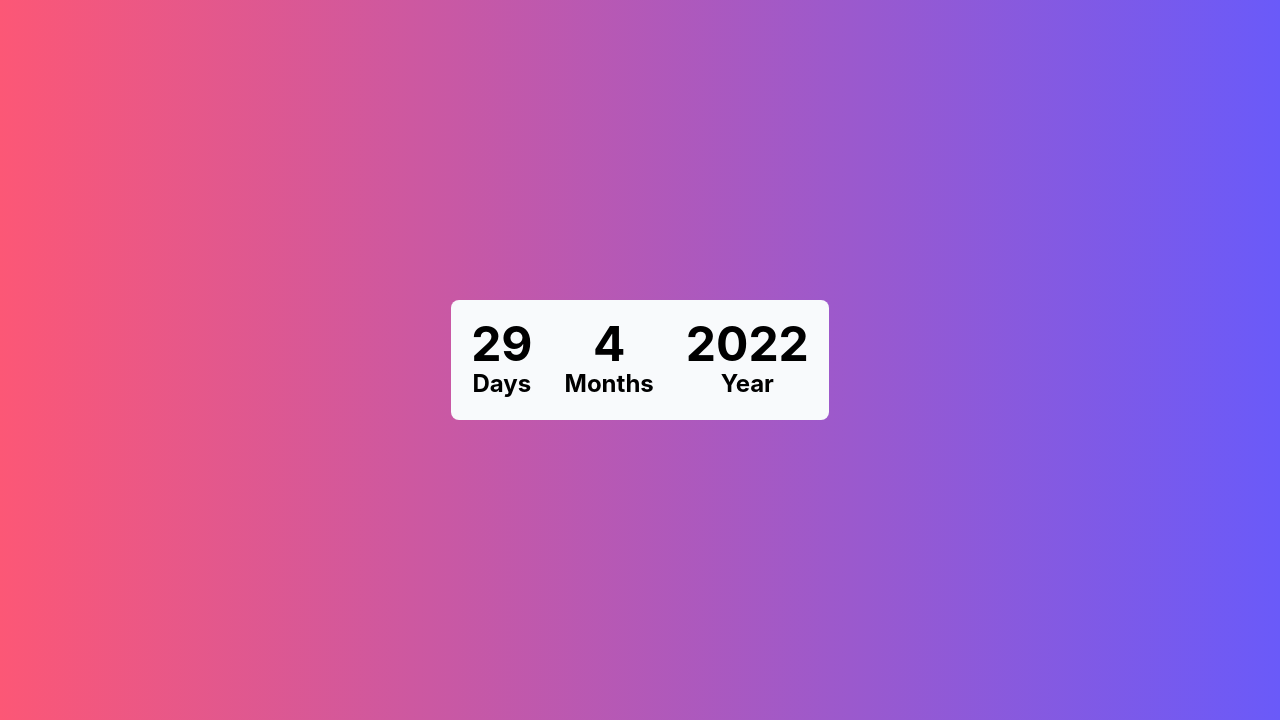
Repository: huynhsang96/bt_codegymHook
Page: /
The author's editor kept a copy of each file at every save. The page is drawn from the files as they stood at one save, then again after the next save.
The browser window is 1280 px wide. The pictures show the whole page.
The project was rebuilt for these pictures with package versions that can differ from the ones it lists, and the page was loaded fresh each time.

Above is the page before, as saved 2022-04-29 16:35:18.

### src/index.js
import React from "react";
import ReactDOM from "react-dom/client";
import "./index.css";
import App from "./App";
import reportWebVitals from "./reportWebVitals";

const root = ReactDOM.createRoot(document.getElementById("root"));
root.render(
	<React.StrictMode>
		<App />
	</React.StrictMode>
);

reportWebVitals();

### src/index.css
body {
	margin: 0;
	font-family: -apple-system, BlinkMacSystemFont, "Segoe UI", "Roboto", "Oxygen",
		"Ubuntu", "Cantarell", "Fira Sans", "Droid Sans", "Helvetica Neue",
		sans-serif;
	-webkit-font-smoothing: antialiased;
	-moz-osx-font-smoothing: grayscale;
}

code {
	font-family: source-code-pro, Menlo, Monaco, Consolas, "Courier New",
		monospace;
}
@tailwind base;
@tailwind components;
@tailwind utilities;

### src/App.js
import "./App.css";
import Clock from "./component/ClockHook/Clock";

function App() {
	return (
		<div>
			<Clock></Clock>
		</div>
	);
}

export default App;

### src/App.css
*,
*::before,
*::after {
	box-sizing: border-box;
}
* {
	margin: 0;
}

html,
body {
	height: 100%;
}
body {
	line-height: 1.5;
	-webkit-font-smoothing: antialiased;
	-webkit-tap-highlight-color: rgba(0, 0, 0, 0);

	background-image: linear-gradient(to right, #fc5776, #6a5af9);
	display: flex;
	justify-content: center;
	align-items: center;
	height: 100vh;
}

img,
picture,
video,
canvas,
svg {
	display: block;
	max-width: 100%;
}
input,
button,
textarea,
select {
	font: inherit;
	outline: none;
	border: none;
}
p,
h1,
h2,
h3,
h4,
h5,
h6 {
	overflow-wrap: break-word;
}

### src/component/ClockHook/Clock.js
import React, { useEffect, useState } from "react";

const Clock = () => {
	const [now, setNow] = useState(new Date());
	useEffect(() => {
		const timer = setInterval(() => {
			setNow(new Date());
		}, 1000);
		return () => clearInterval(timer);
	}, [now]);
	const years = now.getFullYear();
	const months = now.getMonth() + 1;
	const days = now.getDate();
	const hours = now.getHours();
	const minutes = now.getMinutes();
	const seconds = now.getSeconds();

	// console.log(seconds < 10 ? "0" + seconds : seconds);

	return (
		<div className="p-5 w-full h-full mx-auto">
			<ul className="flex flex-row gap-8 bg-slate-50 p-5 rounded-lg">
				<li className="flex flex-col justify-center text-center">
					<span className="font-bold text-5xl">{days}</span>
					<span className="font-bold text-2xl">Days</span>
				</li>
				<li className="flex flex-col justify-center text-center">
					<span className="font-bold text-5xl">{months}</span>
					<span className="font-bold text-2xl">Months</span>
				</li>
				<li className="flex flex-col justify-center text-center">
					<span className="font-bold text-5xl">{years}</span>
					<span className="font-bold text-2xl">Year</span>
				</li>
			</ul>
		</div>
	);
};

export default Clock;

Loaded but not shown: public/index.html (common file); src/reportWebVitals.js (common file); tailwind.config.js (common file)

After the next save:
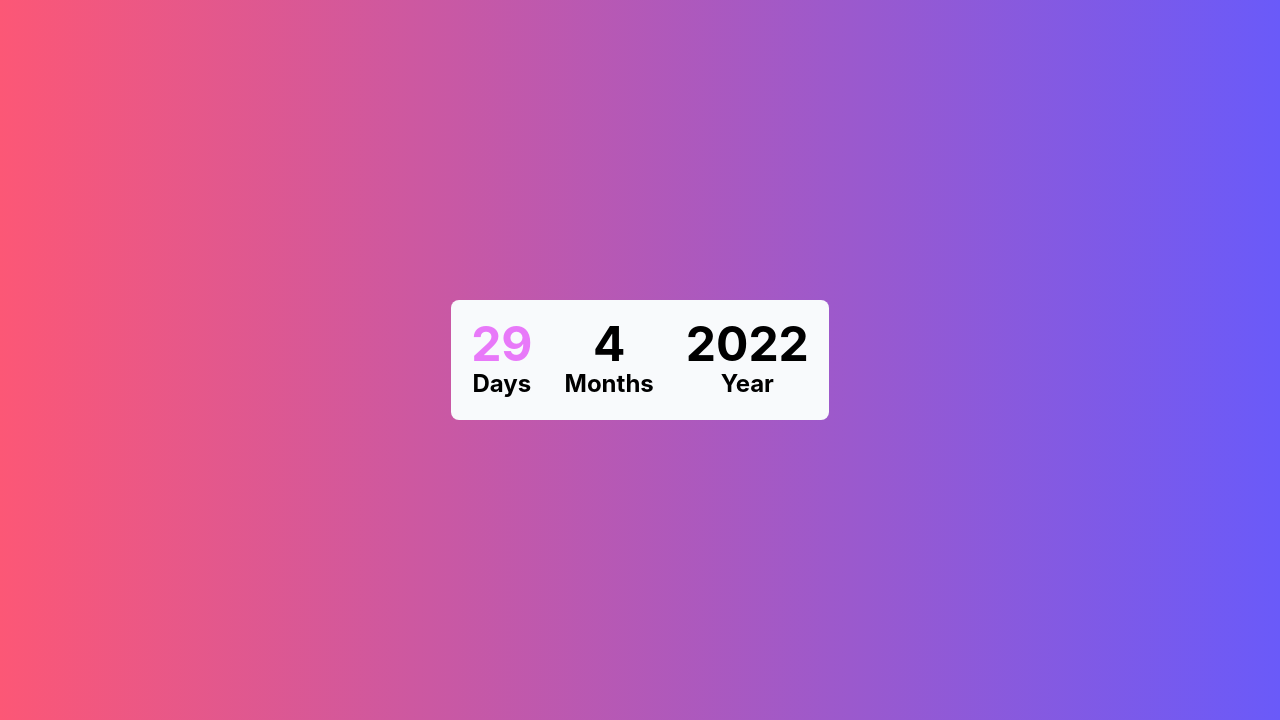
Saved 70 s later.
--- a/src/component/ClockHook/Clock.js
+++ b/src/component/ClockHook/Clock.js
@@ -21,7 +21,7 @@ const Clock = () => {
 		<div className="p-5 w-full h-full mx-auto">
 			<ul className="flex flex-row gap-8 bg-slate-50 p-5 rounded-lg">
 				<li className="flex flex-col justify-center text-center">
-					<span className="font-bold text-5xl">{days}</span>
+					<span className="font-bold text-5xl text-fuchsia-400">{days}</span>
 					<span className="font-bold text-2xl">Days</span>
 				</li>
 				<li className="flex flex-col justify-center text-center">
